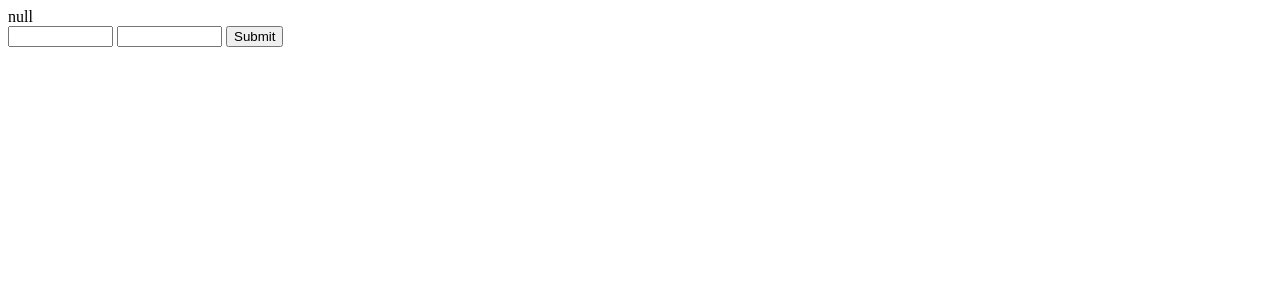
Repository: denchanlove/SampleProjects
Page: http://localhost/SampleWebApp/LogInForm.jsp
An editor plug-in stored every save of this project. The page is shown before and after the next save, followed by the edit.
The browser window is 1280 px wide. The pictures show the whole page.
The page is served by Tomcat 9. Other server files are loaded and not shown.

Above is the page before, as saved 2017-02-28 00:17:09.

### workspace/SampleWebApp/WebContent/LogInForm.jsp
<%@page import="java.util.*"%>
<%@page language="java" contentType="text/html; charset=Shift_JIS"
    pageEncoding="windows-31j"%>
<!DOCTYPE html PUBLIC "-//W3C//DTD HTML 4.01 Transitional//EN" "http://www.w3.org/TR/html4/loose.dtd">
<html>
<head>
<meta http-equiv="Content-Type" content="text/html; charset=UTF-8">
<title>ShowDateJSP</title>
<!-- <script type="text/javascript">
	function check()
	{
		if (document.getElementsById("id").value == "sample" && document.getElementsById("pass").value == "sample")
		{
			return true;
		}
		return false;
	}
</script> -->
</head>
<body>
<%=session.getAttribute("id") %>
<form action="Save">
    <input type="text" size="10" name="Name">
    <input type="text" size="10" name="ID">
	<input type="submit" size="10" name="LogIn">
</form>
</body>
</html>

After the next save:
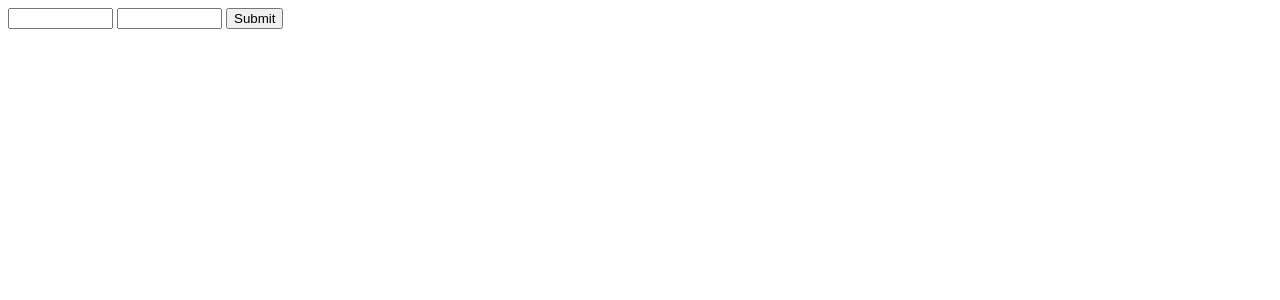
Saved 20 s later.
--- a/workspace/SampleWebApp/WebContent/LogInForm.jsp
+++ b/workspace/SampleWebApp/WebContent/LogInForm.jsp
@@ -3,26 +3,15 @@
     pageEncoding="windows-31j"%>
 <!DOCTYPE html PUBLIC "-//W3C//DTD HTML 4.01 Transitional//EN" "http://www.w3.org/TR/html4/loose.dtd">
 <html>
-<head>
-<meta http-equiv="Content-Type" content="text/html; charset=UTF-8">
-<title>ShowDateJSP</title>
-<!-- <script type="text/javascript">
-	function check()
-	{
-		if (document.getElementsById("id").value == "sample" && document.getElementsById("pass").value == "sample")
-		{
-			return true;
-		}
-		return false;
-	}
-</script> -->
-</head>
-<body>
-<%=session.getAttribute("id") %>
-<form action="Save">
-    <input type="text" size="10" name="Name">
-    <input type="text" size="10" name="ID">
-	<input type="submit" size="10" name="LogIn">
-</form>
-</body>
+	<head>
+		<meta http-equiv="Content-Type" content="text/html; charset=UTF-8">
+		<title>LogIn</title>
+	</head>
+	<body>
+		<form action="ShowEmpList.jsp">
+	    	<input type="text" size="10" name="Name">
+		    <input type="text" size="10" name="ID">
+			<input type="submit" size="10" name="LogIn">
+		</form>
+	</body>
 </html>
